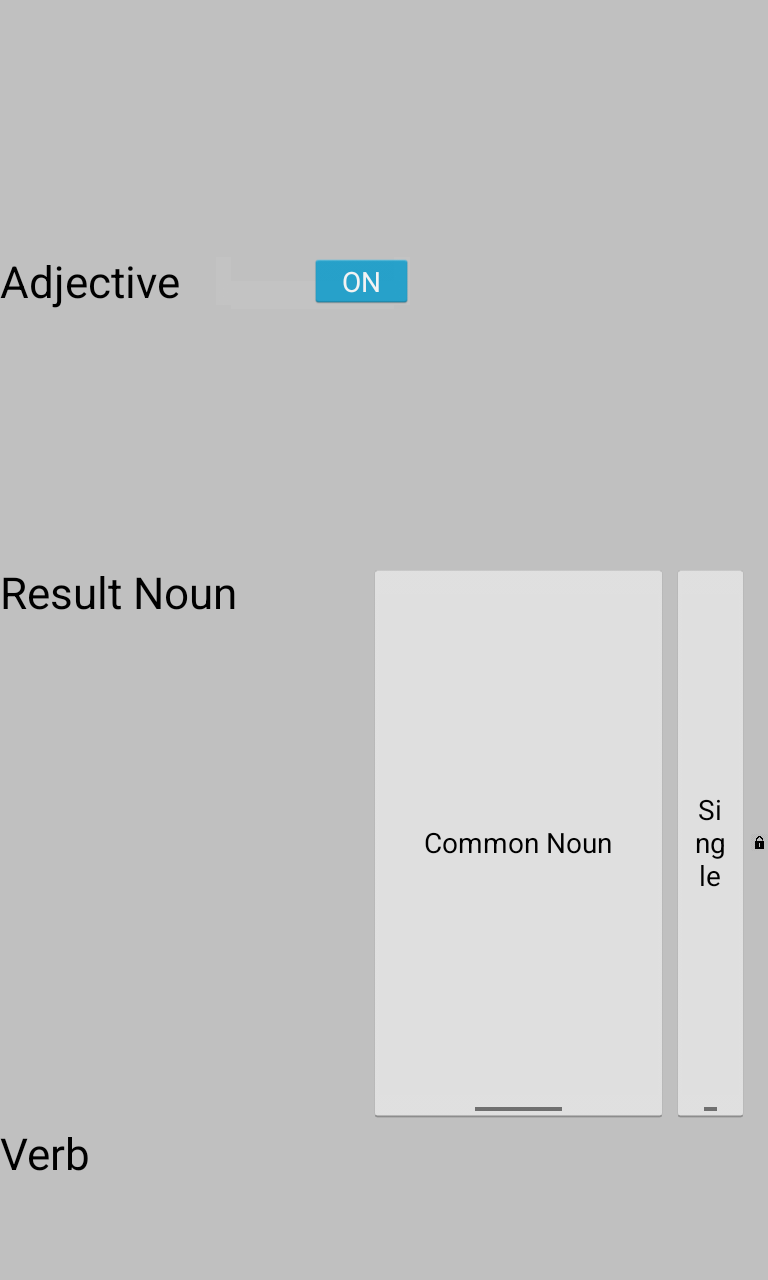
Repository: TheDizzler/TableTopTools
Layout: RPGTools/res/layout/fragment_result_controls.xml
An editor plug-in stored every save of this project. The layout is shown before and after the next save, followed by the edit.
It is drawn on a 768 x 1280 px phone screen (xhdpi) without system bars, with theme AppTheme; the app's code is not run.

Above is the layout before, as saved 2017-03-22 09:47:33.

### RPGTools/res/layout/fragment_result_controls.xml
<?xml version="1.0" encoding="utf-8"?>
<TableLayout xmlns:android="http://schemas.android.com/apk/res/android"
    android:layout_width="match_parent"
    android:layout_height="match_parent"
    android:background="#C0C0C0"
    android:measureWithLargestChild="true"
    android:orientation="vertical"
    android:weightSum="4" >

    <TableRow
        android:id="@+id/tableRow1"
        android:layout_width="match_parent"
        android:layout_height="wrap_content"
        android:layout_weight="1"
        android:orientation="horizontal"
        android:weightSum="4" >

        <Switch
            android:id="@+id/switch_resultAdjective"
            android:layout_width="wrap_content"
            android:layout_height="match_parent"
            android:layout_span="1"
            android:checked="true"
            android:text="Adjective"
            android:textAppearance="?android:attr/textAppearanceLarge" />

        <Spinner
            android:id="@+id/spacer1"
            android:layout_width="wrap_content"
            android:layout_height="match_parent"
            android:layout_span="2"
            android:layout_weight="1"
            android:visibility="invisible" />

        <ImageView
            android:id="@+id/lockBtn_resultAdjective"
            android:layout_width="32dp"
            android:layout_height="match_parent"
            android:layout_span="1"
            android:layout_weight="1"
            android:src="@drawable/unlocked" />
    </TableRow>

    <TableRow
        android:id="@+id/tableRow2_noun"
        android:layout_width="match_parent"
        android:layout_height="wrap_content"
        android:layout_weight="1"
        android:weightSum="4" >

        <TextView
            android:id="@+id/textView2"
            android:layout_width="wrap_content"
            android:layout_height="match_parent"
            android:layout_span="1"
            android:layout_weight="1"
            android:text="Result Noun"
            android:textAppearance="?android:attr/textAppearanceLarge" />

        <ToggleButton
            android:id="@+id/toggleBtn_resultProperNoun"
            android:layout_width="wrap_content"
            android:layout_height="match_parent"
            android:layout_span="1"
            android:layout_weight="1"
            android:textOff="Common Noun"
            android:textOn="Proper Noun" />

        <ToggleButton
            android:id="@+id/toggleBtn_resultNounPlural"
            android:layout_width="wrap_content"
            android:layout_height="match_parent"
            android:layout_span="1"
            android:layout_weight="1"
            android:textOff="Single"
            android:textOn="Plural" />

        <ImageView
            android:id="@+id/lockBtn_resultNoun"
            android:layout_width="32dp"
            android:layout_height="match_parent"
            android:layout_span="1"
            android:layout_weight="1"
            android:src="@drawable/unlocked" />
    </TableRow>

    <TableRow
        android:id="@+id/tableRow3"
        android:layout_width="match_parent"
        android:layout_height="wrap_content"
        android:layout_weight="1"
        android:weightSum="4" >

        <TextView
            android:id="@+id/textView1"
            android:layout_width="wrap_content"
            android:layout_height="match_parent"
            android:layout_span="1"
            android:text="Verb"
            android:textAppearance="?android:attr/textAppearanceLarge" />

        <Spinner
            android:id="@+id/spacer2"
            android:layout_width="wrap_content"
            android:layout_height="match_parent"
            android:layout_span="2"
            android:layout_weight="1"
            android:visibility="invisible" />

        <ImageView
            android:id="@+id/lockBtn_resultVerb"
            android:layout_width="32dp"
            android:layout_height="match_parent"
            android:layout_span="1"
            android:layout_weight="1"
            android:src="@drawable/unlocked" />
    </TableRow>

    <TableRow
        android:id="@+id/tableRow4"
        android:layout_width="match_parent"
        android:layout_height="wrap_content"
        android:layout_weight="1"
        android:weightSum="4" >

        <TextView
            android:id="@+id/textView3"
            android:layout_width="wrap_content"
            android:layout_height="match_parent"
            android:layout_span="1"
            android:text="Result Adverb"
            android:textAppearance="?android:attr/textAppearanceLarge" />

        <TextView
            android:id="@+id/textView4"
            android:layout_width="wrap_content"
            android:layout_height="match_parent"
            android:layout_span="1"
            android:text="Not Implemented!"
            android:textAppearance="?android:attr/textAppearanceLarge" />
    </TableRow>

</TableLayout>

Loaded but not shown: RPGTools/res/values/styles.xml (common file); RPGTools/res/values-v11/styles.xml (common file); RPGTools/res/values-v14/styles.xml (common file)

After the next save:
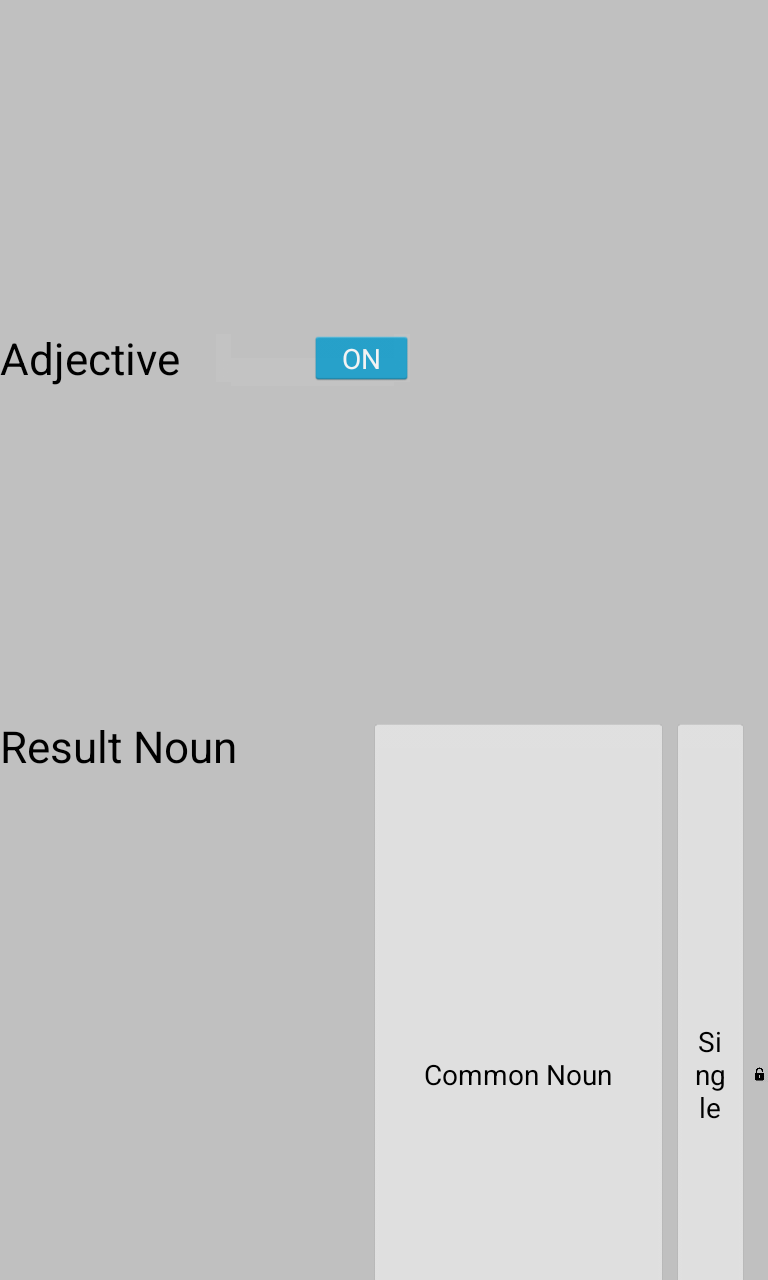
Saved 50 s later.
--- a/RPGTools/res/layout/fragment_result_controls.xml
+++ b/RPGTools/res/layout/fragment_result_controls.xml
@@ -5,7 +5,7 @@
     android:background="#C0C0C0"
     android:measureWithLargestChild="true"
     android:orientation="vertical"
-    android:weightSum="4" >
+    android:weightSum="6" >
 
     <TableRow
         android:id="@+id/tableRow1"
